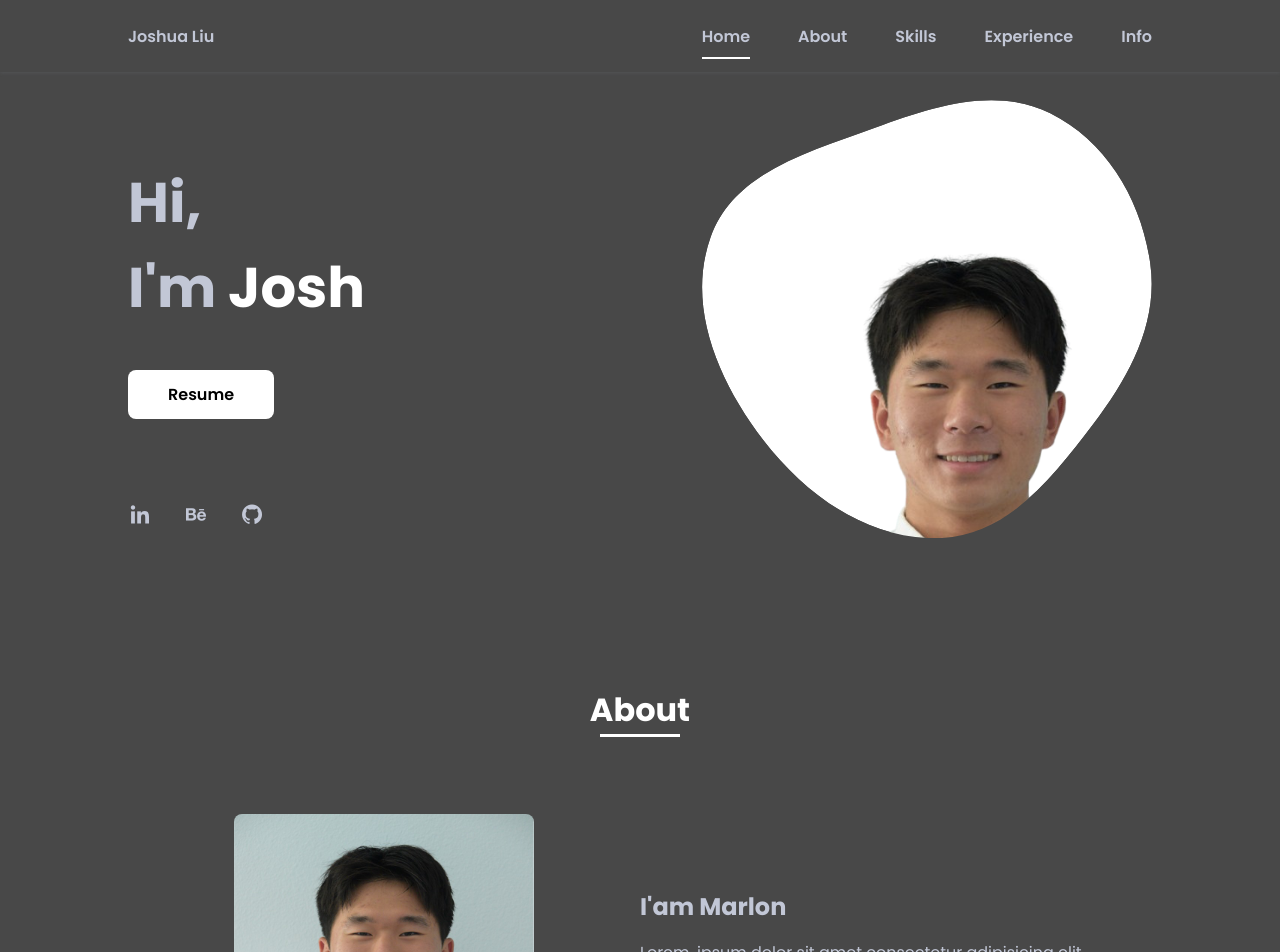
Repository: joshliu14/joshliu14.github.io
Page: index.html
An editor plug-in stored every save of this project. The page is shown before and after the next save, followed by the edit.
The browser window is 1280 px wide. The pictures show the part of the page from y = 0 to 952 px (the page is 3355 px tall).
A picture or video elsewhere on the page could not be fetched, so the positions and the page height are approximate.

Above is the page before, as saved 2024-01-31 23:39:28.

### index.html
<!DOCTYPE html>
<html lang="en">
  <head>
    <meta charset="UTF-8" />
    <meta name="viewport" content="width=device-width, initial-scale=1.0" />

    <link rel="stylesheet" href="assets/css/web.css" />

    <!-- =====BOX ICONS===== -->
    <link
      href="https://cdn.jsdelivr.net/npm/boxicons@2.0.5/css/boxicons.min.css"
      rel="stylesheet"
    />

    <title>Joshua Liu</title>
  </head>
  <body>
    <!--===== HEADER =====-->
    <header class="l-header">
      <nav class="nav bd-grid">
        <div>
          <a href="#" class="nav__logo">Joshua Liu</a>
        </div>

        <div class="nav__menu" id="nav-menu">
          <ul class="nav__list">
            <li class="nav__item">
              <a href="#home" class="nav__link active-link">Home</a>
            </li>
            <li class="nav__item">
              <a href="#about" class="nav__link">About</a>
            </li>
            <li class="nav__item">
              <a href="#skills" class="nav__link">Skills</a>
            </li>
            <li class="nav__item">
              <a href="#work" class="nav__link">Experience</a>
            </li>
            <li class="nav__item">
              <a href="#contact" class="nav__link">Info</a>
            </li>
          </ul>
        </div>

        <div class="nav__toggle" id="nav-toggle">
          <i class="bx bx-menu"></i>
        </div>
      </nav>
    </header>

    <main class="l-main">
      <!--===== HOME =====-->
      <section class="home bd-grid" id="home">
        <div class="home__data">
          <h1 class="home__title">
            Hi,<br />I'm <span class="home__title-color">Josh</span><br />
          </h1>

          <a href="resume.pdf" class="button">Resume</a>
        </div>

        <div class="home__social">
          <a
            href="https://www.linkedin.com/in/joshua-liu-727847208/"
            class="home__social-icon"
            ><i class="bx bxl-linkedin"></i
          ></a>
          <a href="" class="home__social-icon"
            ><i class="bx bxl-behance"></i
          ></a>
          <a href="https://github.com/joshliu14" class="home__social-icon"
            ><i class="bx bxl-github"></i
          ></a>
        </div>

        <div class="home__img">
          <svg
            class="home__blob"
            viewBox="0 0 479 467"
            xmlns="http://www.w3.org/2000/svg"
            xmlns:xlink="http://www.w3.org/1999/xlink"
          >
            <mask id="mask0" mask-type="alpha">
              <path
                d="M9.19024 145.964C34.0253 76.5814 114.865 54.7299 184.111 29.4823C245.804 6.98884 311.86 -14.9503 370.735 14.143C431.207 44.026 467.948 107.508 477.191 174.311C485.897 237.229 454.931 294.377 416.506 344.954C373.74 401.245 326.068 462.801 255.442 466.189C179.416 469.835 111.552 422.137 65.1576 361.805C17.4835 299.81 -17.1617 219.583 9.19024 145.964Z"
              />
            </mask>
            <g mask="url(#mask0)">
              <path
                d="M9.19024 145.964C34.0253 76.5814 114.865 54.7299 184.111 29.4823C245.804 6.98884 311.86 -14.9503 370.735 14.143C431.207 44.026 467.948 107.508 477.191 174.311C485.897 237.229 454.931 294.377 416.506 344.954C373.74 401.245 326.068 462.801 255.442 466.189C179.416 469.835 111.552 422.137 65.1576 361.805C17.4835 299.81 -17.1617 219.583 9.19024 145.964Z"
              />
              <image
                class="home__blob-img"
                x="50"
                y="120"
                href="assets/img/profile.png"
              />
            </g>
          </svg>
        </div>
      </section>

      <!--===== ABOUT =====-->
      <section class="about section" id="about">
        <h2 class="section-title">About</h2>

        <div class="about__container bd-grid">
          <div class="about__img">
            <img src="assets/img/about.png" alt="" />
          </div>

          <div>
            <h2 class="about__subtitle">I'am Marlon</h2>
            <p class="about__text">
              Lorem, ipsum dolor sit amet consectetur adipisicing elit.
              Voluptate cum expedita quo culpa tempora, assumenda, quis fugiat
              ut voluptates soluta, aut earum nemo recusandae cumque
              perferendis! Recusandae alias accusamus atque.
            </p>
          </div>
        </div>
      </section>

      <!--===== SKILLS =====-->
      <section class="skills section" id="skills">
        <h2 class="section-title">Skills</h2>

        <div class="skills__container bd-grid">
          <div>
            <h2 class="skills__subtitle">Profesional Skills</h2>
            <p class="skills__text">
              Lorem ipsum dolor sit, amet consectetur adipisicing elit. Velit
              optio id vero amet, alias architecto consectetur error eum eaque
              sit.
            </p>
            <div class="skills__data">
              <div class="skills__names">
                <i class="bx bxl-html5 skills__icon"></i>
                <span class="skills__name">HTML5</span>
              </div>
              <div class="skills__bar skills__html"></div>
              <div>
                <span class="skills__percentage">95%</span>
              </div>
            </div>
            <div class="skills__data">
              <div class="skills__names">
                <i class="bx bxl-css3 skills__icon"></i>
                <span class="skills__name">CSS3</span>
              </div>
              <div class="skills__bar skills__css"></div>
              <div>
                <span class="skills__percentage">85%</span>
              </div>
            </div>
            <div class="skills__data">
              <div class="skills__names">
                <i class="bx bxl-javascript skills__icon"></i>
                <span class="skills__name">JAVASCRIPT</span>
              </div>
              <div class="skills__bar skills__js"></div>
              <div>
                <span class="skills__percentage">65%</span>
              </div>
            </div>
            <div class="skills__data">
              <div class="skills__names">
                <i class="bx bxs-paint skills__icon"></i>
                <span class="skills__name">UX/UI</span>
              </div>
              <div class="skills__bar skills__ux"></div>
              <div>
                <span class="skills__percentage">85%</span>
              </div>
            </div>
          </div>

          <div>
            <img src="assets/img/work3.jpg" alt="" class="skills__img" />
          </div>
        </div>
      </section>

      <!--===== WORK =====-->
      <section class="work section" id="work">
        <h2 class="section-title">Work</h2>

        <div class="work__container bd-grid">
          <a href="" class="work__img">
            <img src="assets/img/work1.jpg" alt="" />
          </a>
          <a href="" class="work__img">
            <img src="assets/img/work2.jpg" alt="" />
          </a>
          <a href="" class="work__img">
            <img src="assets/img/work3.jpg" alt="" />
          </a>
          <a href="" class="work__img">
            <img src="assets/img/work4.jpg" alt="" />
          </a>
          <a href="" class="work__img">
            <img src="assets/img/work5.jpg" alt="" />
          </a>
          <a href="" class="work__img">
            <img src="assets/img/work6.jpg" alt="" />
          </a>
        </div>
      </section>

      <!--===== CONTACT =====-->
      <section class="contact section" id="contact">
        <h2 class="section-title">Info</h2>
        <p class="contact__input">joshuagyliu@gmail.com</p>
        <p class="contact__input">949-551-8585</p>
        <p class="contact__input">Boston, MA</p>
      </section>
    </main>

    <!--===== FOOTER =====-->
    <footer class="footer">
      <p class="footer__title">Josh Liu</p>
      <div class="footer__social">
        <a href="#" class="footer__icon"><i class="bx bxl-facebook"></i></a>
        <a href="#" class="footer__icon"><i class="bx bxl-instagram"></i></a>
        <a href="#" class="footer__icon"><i class="bx bxl-twitter"></i></a>
      </div>
      <p class="footer__copy">&#169; Joshua Liu</p>
    </footer>

    <!--===== SCROLL REVEAL =====-->
    <script src="https://unpkg.com/scrollreveal"></script>

    <!--===== MAIN JS =====-->
    <script src="assets/js/main.js"></script>
  </body>
</html>

### assets/css/web.css
/*===== GOOGLE FONTS =====*/
@import url("https://fonts.googleapis.com/css2?family=Poppins:wght@400;600;700&display=swap");
/*===== VARIABLES CSS =====*/
:root {
  --header-height: 3rem;
  --font-semi: 600;
  /*===== Colores =====*/
  /*Purple 260 - Red 355 - Blue 224 - Pink 340*/
  /* HSL color mode */
  --hue-color: 224;
  --first-color: hsl(var(--hue-color), 0%, 100%);
  --second-color: hsl(var(--hue-color), 20%, 80%);
  /*===== Fuente y tipografia =====*/
  --body-font: "Poppins", sans-serif;
  --big-font-size: 2rem;
  --h2-font-size: 1.25rem;
  --normal-font-size: 0.938rem;
  --smaller-font-size: 0.75rem;
  /*===== Margenes =====*/
  --mb-2: 1rem;
  --mb-4: 2rem;
  --mb-5: 2.5rem;
  --mb-6: 3rem;
  /*===== z index =====*/
  --z-back: -10;
  --z-fixed: 100;
}
@media screen and (min-width: 968px) {
  :root {
    --big-font-size: 3.5rem;
    --h2-font-size: 2rem;
    --normal-font-size: 1rem;
    --smaller-font-size: 0.875rem;
  }
}

/*===== BASE =====*/
*,
::before,
::after {
  box-sizing: border-box;
}

html {
  scroll-behavior: smooth;
}

body {
  margin: var(--header-height) 0 0 0;
  font-family: var(--body-font);
  font-size: var(--normal-font-size);
  color: var(--second-color);
  background-color: #484848;
}

h1,
h2,
p {
  margin: 0;
}

ul {
  margin: 0;
  padding: 0;
  list-style: none;
}

a {
  text-decoration: none;
}

img {
  max-width: 100%;
  height: auto;
  display: block;
}

/*===== CLASS CSS ===== */
.section-title {
  position: relative;
  font-size: var(--h2-font-size);
  color: var(--first-color);
  margin-top: var(--mb-2);
  margin-bottom: var(--mb-4);
  text-align: center;
}
.section-title::after {
  position: absolute;
  content: "";
  width: 64px;
  height: 0.18rem;
  left: 0;
  right: 0;
  margin: auto;
  top: 2rem;
  background-color: var(--first-color);
}

.section {
  padding-top: 3rem;
  padding-bottom: 2rem;
}

/*===== LAYOUT =====*/
.bd-grid {
  max-width: 1024px;
  display: grid;
  margin-left: var(--mb-2);
  margin-right: var(--mb-2);
}

.l-header {
  width: 100%;
  position: fixed;
  top: 0;
  left: 0;
  z-index: var(--z-fixed);
  background-color: #484848;
  box-shadow: 0 1px 4px rgba(146, 161, 176, 0.15);
}

/*===== NAV =====*/
.nav {
  height: var(--header-height);
  display: flex;
  justify-content: space-between;
  align-items: center;
  font-weight: var(--font-semi);
}
@media screen and (max-width: 767px) {
  .nav__menu {
    position: fixed;
    top: var(--header-height);
    right: -100%;
    width: 80%;
    height: 100%;
    padding: 2rem;
    background-color: var(--second-color);
    transition: 0.5s;
  }
}
.nav__item {
  margin-bottom: var(--mb-4);
}
.nav__link {
  position: relative;
  color: #fff;
}
.nav__link:hover {
  position: relative;
}
.nav__link:hover::after {
  position: absolute;
  content: "";
  width: 100%;
  height: 0.18rem;
  left: 0;
  top: 2rem;
  background-color: var(--first-color);
}
.nav__logo {
  color: var(--second-color);
}
.nav__toggle {
  color: var(--second-color);
  font-size: 1.5rem;
  cursor: pointer;
}

/*Active menu*/
.active-link::after {
  position: absolute;
  content: "";
  width: 100%;
  height: 0.18rem;
  left: 0;
  top: 2rem;
  background-color: var(--first-color);
}

/*=== Show menu ===*/
.show {
  right: 0;
}

/*===== HOME =====*/
.home {
  position: relative;
  row-gap: 5rem;
  padding: 4rem 0 5rem;
}
.home__data {
  align-self: center;
}
.home__title {
  font-size: var(--big-font-size);
  margin-bottom: var(--mb-5);
}
.home__title-color {
  color: var(--first-color);
}
.home__social {
  display: flex;
  flex-direction: column;
}
.home__social-icon {
  width: max-content;
  margin-bottom: var(--mb-2);
  font-size: 1.5rem;
  color: var(--second-color);
}
.home__social-icon:hover {
  color: var(--first-color);
}
.home__img {
  position: absolute;
  right: 0;
  bottom: 0;
  width: 260px;
}
.home__blob {
  fill: var(--first-color);
}
.home__blob-img {
  width: 460px;
}

/*BUTTONS*/
.button {
  display: inline-block;
  background-color: var(--first-color);
  color: #000000;
  padding: 0.75rem 2.5rem;
  font-weight: var(--font-semi);
  border-radius: 0.5rem;
  transition: 0.3s;
}
.button:hover {
  box-shadow: 0px 10px 36px rgba(0, 0, 0, 0.15);
}

/* ===== ABOUT =====*/
.about__container {
  row-gap: 2rem;
  text-align: center;
}
.about__subtitle {
  margin-bottom: var(--mb-2);
}
.about__img {
  justify-self: center;
}
.about__img img {
  width: 200px;
  border-radius: 0.5rem;
}

/* ===== SKILLS =====*/
.skills__container {
  row-gap: 2rem;
  text-align: center;
}
.skills__subtitle {
  margin-bottom: var(--mb-2);
}
.skills__text {
  margin-bottom: var(--mb-4);
}
.skills__data {
  display: flex;
  justify-content: space-between;
  align-items: center;
  position: relative;
  font-weight: var(--font-semi);
  padding: 0.5rem 1rem;
  margin-bottom: var(--mb-4);
  border-radius: 0.5rem;
  box-shadow: 0px 4px 25px rgba(14, 36, 49, 0.15);
}
.skills__icon {
  font-size: 2rem;
  margin-right: var(--mb-2);
  color: var(--first-color);
}
.skills__names {
  display: flex;
  align-items: center;
}
.skills__bar {
  position: absolute;
  left: 0;
  bottom: 0;
  background-color: var(--first-color);
  height: 0.25rem;
  border-radius: 0.5rem;
  z-index: var(--z-back);
}
.skills__html {
  width: 95%;
}
.skills__css {
  width: 85%;
}
.skills__js {
  width: 65%;
}
.skills__ux {
  width: 85%;
}
.skills__img {
  border-radius: 0.5rem;
}

/* ===== WORK =====*/
.work__container {
  row-gap: 2rem;
}
.work__img {
  box-shadow: 0px 4px 25px rgba(14, 36, 49, 0.15);
  border-radius: 0.5rem;
  overflow: hidden;
}
.work__img img {
  transition: 1s;
}
.work__img img:hover {
  transform: scale(1.1);
}

/* ===== CONTACT =====*/
.contact__input {
  text-align: center;
  font-size: var(--normal-font-size);
  font-weight: var(--font-semi);
  padding: 1rem;
  margin-bottom: var(--mb-4);
}

/* ===== FOOTER =====*/
.footer {
  background-color: var(--second-color);
  color: #484848;
  text-align: center;
  font-weight: var(--font-semi);
  padding: 2rem 0;
}
.footer__title {
  font-size: 2rem;
  margin-bottom: var(--mb-4);
}
.footer__social {
  margin-bottom: var(--mb-4);
}
.footer__icon {
  font-size: 1.5rem;
  color: #484848;
  margin: 0 var(--mb-2);
}
.footer__copy {
  font-size: var(--smaller-font-size);
}

/* ===== MEDIA QUERIES=====*/
@media screen and (max-width: 320px) {
  .home {
    row-gap: 2rem;
  }
  .home__img {
    width: 200px;
  }
}
@media screen and (min-width: 576px) {
  .home {
    padding: 4rem 0 2rem;
  }
  .home__social {
    padding-top: 0;
    padding-bottom: 2.5rem;
    flex-direction: row;
    align-self: flex-end;
  }
  .home__social-icon {
    margin-bottom: 0;
    margin-right: var(--mb-4);
  }
  .home__img {
    width: 300px;
    bottom: 25%;
  }
  .about__container {
    grid-template-columns: repeat(2, 1fr);
    align-items: center;
    text-align: initial;
  }
  .skills__container {
    grid-template-columns: 0.7fr;
    justify-content: center;
    column-gap: 1rem;
  }
  .work__container {
    grid-template-columns: repeat(2, 1fr);
    column-gap: 2rem;
    padding-top: 2rem;
  }
}
@media screen and (min-width: 768px) {
  body {
    margin: 0;
  }
  .section {
    padding-top: 4rem;
    padding-bottom: 3rem;
  }
  .section-title {
    margin-bottom: var(--mb-6);
  }
  .section-title::after {
    width: 80px;
    top: 3rem;
  }
  .nav {
    height: calc(var(--header-height) + 1.5rem);
  }
  .nav__list {
    display: flex;
    padding-top: 0;
  }
  .nav__item {
    margin-left: var(--mb-6);
    margin-bottom: 0;
  }
  .nav__toggle {
    display: none;
  }
  .nav__link {
    color: var(--second-color);
  }
  .home {
    padding: 8rem 0 2rem;
  }
  .home__img {
    width: 400px;
    bottom: 10%;
  }
  .about__container {
    padding-top: 2rem;
  }
  .about__img img {
    width: 300px;
  }
  .skills__container {
    grid-template-columns: repeat(2, 1fr);
    column-gap: 2rem;
    align-items: center;
    text-align: initial;
  }
  .work__container {
    grid-template-columns: repeat(3, 1fr);
    column-gap: 2rem;
  }
}
@media screen and (min-width: 992px) {
  .bd-grid {
    margin-left: auto;
    margin-right: auto;
  }
  .home {
    padding: 10rem 0 2rem;
  }
  .home__img {
    width: 450px;
  }
}

### assets/js/main.js
/*===== MENU SHOW =====*/
const showMenu = (toggleId, navId) => {
  const toggle = document.getElementById(toggleId),
    nav = document.getElementById(navId);

  if (toggle && nav) {
    toggle.addEventListener("click", () => {
      nav.classList.toggle("show");
    });
  }
};
showMenu("nav-toggle", "nav-menu");

/*==================== REMOVE MENU MOBILE ====================*/
const navLink = document.querySelectorAll(".nav__link");

function linkAction() {
  const navMenu = document.getElementById("nav-menu");
  // When we click on each nav__link, we remove the show-menu class
  navMenu.classList.remove("show");
}
navLink.forEach((n) => n.addEventListener("click", linkAction));

/*==================== SCROLL SECTIONS ACTIVE LINK ====================*/
const sections = document.querySelectorAll("section[id]");

const scrollActive = () => {
  const scrollDown = window.scrollY;

  sections.forEach((current) => {
    const sectionHeight = current.offsetHeight,
      sectionTop = current.offsetTop - 58,
      sectionId = current.getAttribute("id"),
      sectionsClass = document.querySelector(
        ".nav__menu a[href*=" + sectionId + "]"
      );

    if (scrollDown > sectionTop && scrollDown <= sectionTop + sectionHeight) {
      sectionsClass.classList.add("active-link");
    } else {
      sectionsClass.classList.remove("active-link");
    }
  });
};
window.addEventListener("scroll", scrollActive);

/*===== SCROLL REVEAL ANIMATION =====*/
const sr = ScrollReveal({
  origin: "top",
  distance: "60px",
  duration: 2000,
  delay: 200,
  //     reset: true
});

sr.reveal(".home__data, .about__img, .skills__subtitle, .skills__text", {});
sr.reveal(".home__img, .about__subtitle, .about__text, .skills__img", {
  delay: 400,
});
sr.reveal(".home__social-icon", { interval: 200 });
sr.reveal(".skills__data, .work__img, .contact__input", { interval: 200 });

After the next save:
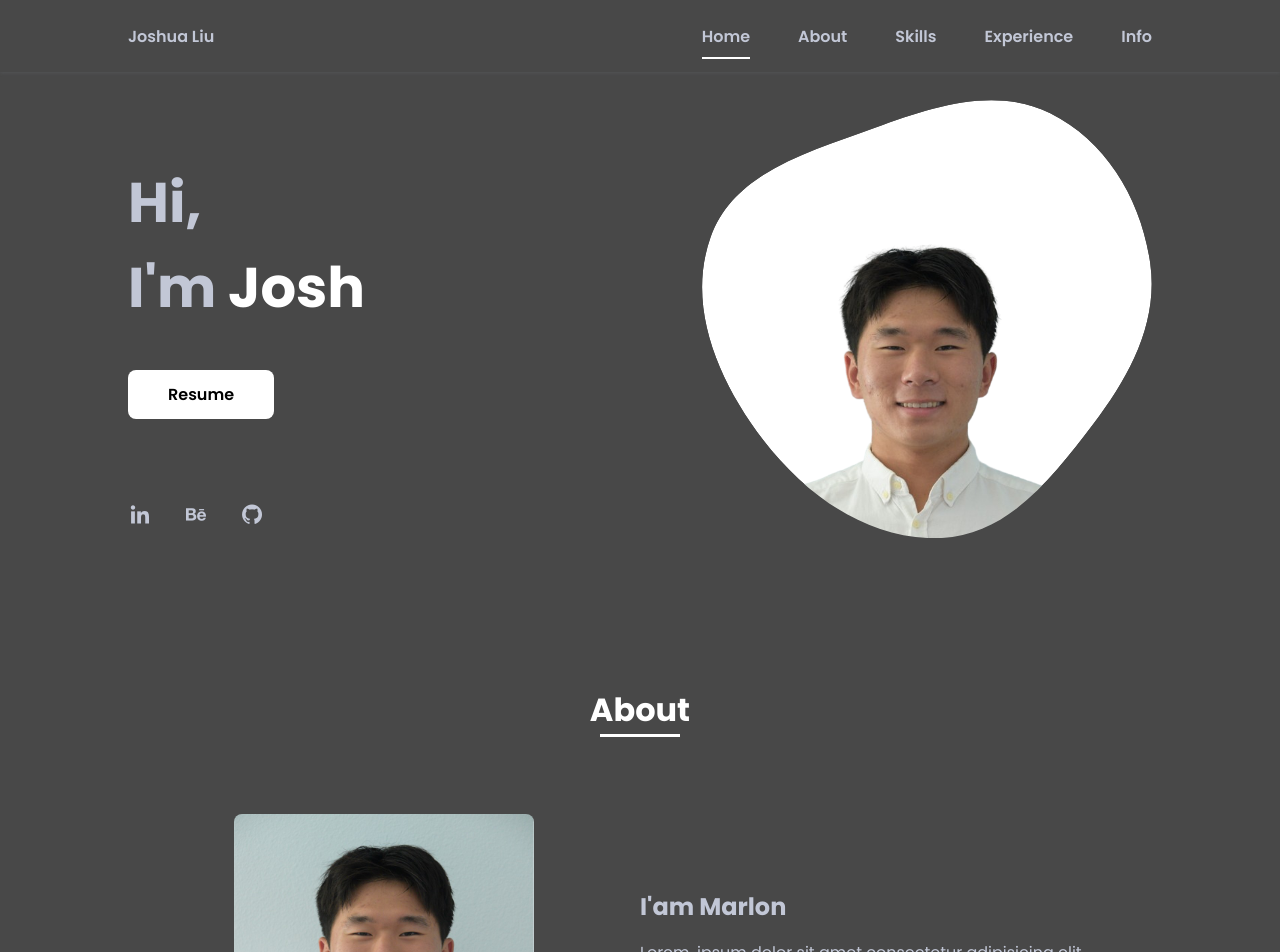
Saved 6 s later.
--- a/assets/css/web.css
+++ b/assets/css/web.css
@@ -222,7 +222,7 @@ img {
   fill: var(--first-color);
 }
 .home__blob-img {
-  width: 460px;
+  width: 360px;
 }
 
 /*BUTTONS*/
